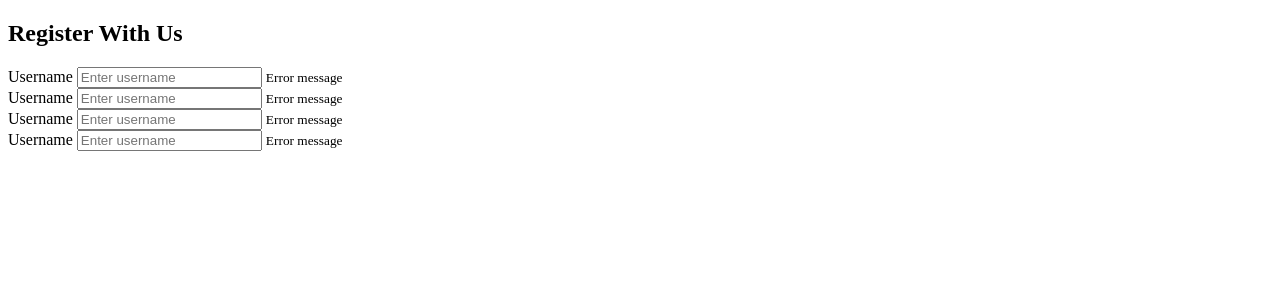
Repository: atko87/Form-Validator-Intro-
Page: index.html
These files come from the project's save history. The page is drawn as it stood at one moment and after the next save; the edit follows.
The browser window is 1280 px wide. The pictures show the whole page.

Above is the page before, as saved 2020-03-07 22:45:47.

After the next save:
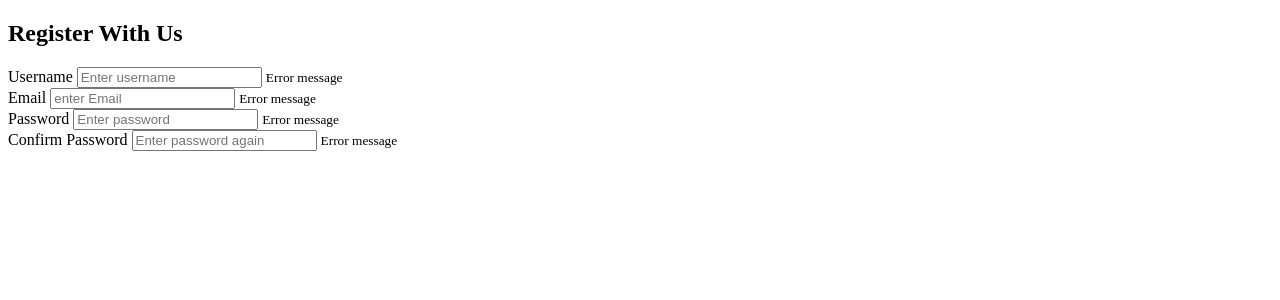
Saved 2 min 34 s later.
--- a/index.html
+++ b/index.html
@@ -17,18 +17,22 @@
           <small>Error message</small>
         </div>
         <div class="form-control">
-          <label for="username">Username</label>
-          <input type="text" id="username" placeholder="Enter username" />
+          <label for="email">Email</label>
+          <input type="text" id="email" placeholder="enter Email" />
           <small>Error message</small>
         </div>
         <div class="form-control">
-          <label for="username">Username</label>
-          <input type="text" id="username" placeholder="Enter username" />
+          <label for="password">Password</label>
+          <input type="text" id="password" placeholder="Enter password" />
           <small>Error message</small>
         </div>
         <div class="form-control">
-          <label for="username">Username</label>
-          <input type="text" id="username" placeholder="Enter username" />
+          <label for="password2">Confirm Password</label>
+          <input
+            type="password"
+            id="password2"
+            placeholder="Enter password again"
+          />
           <small>Error message</small>
         </div>
       </form>
